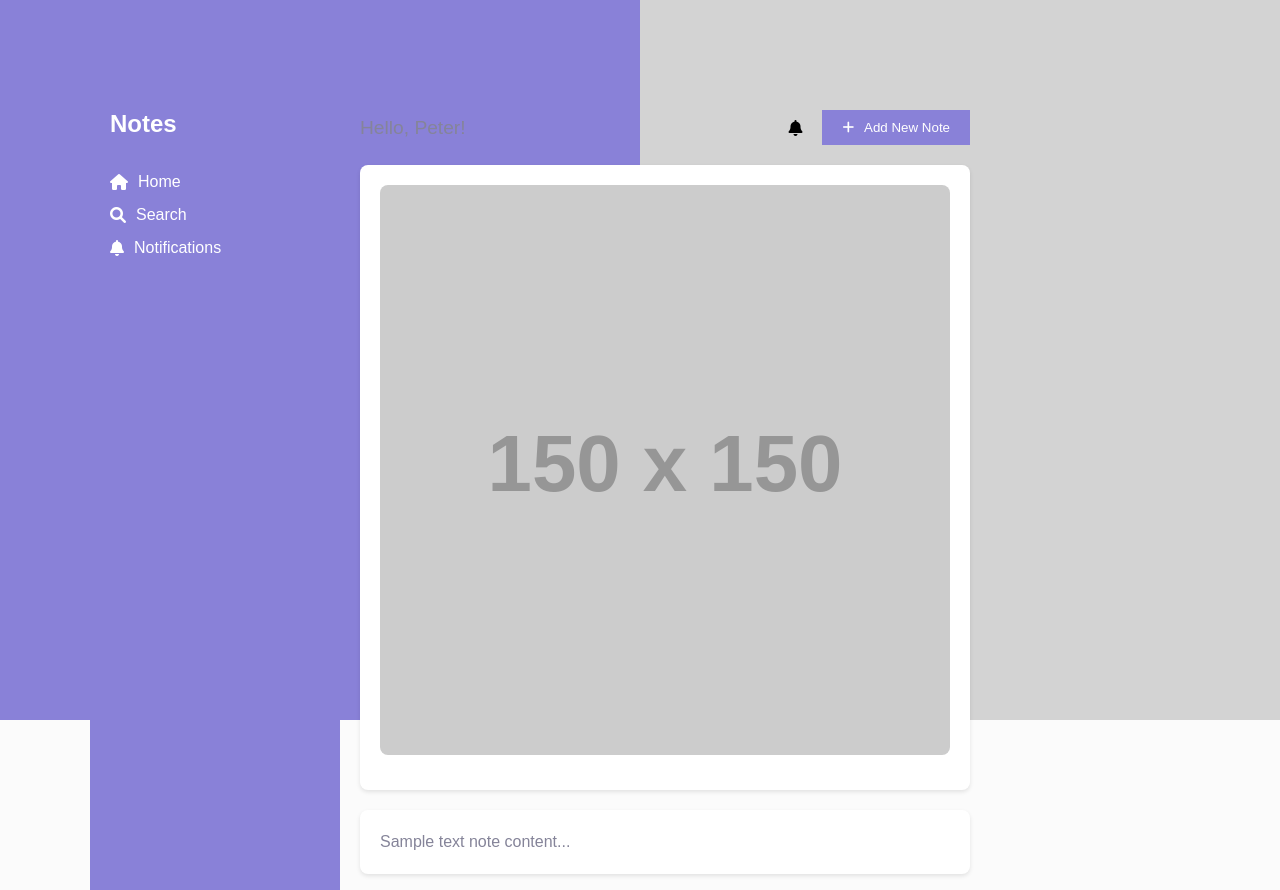
Repository: SatenikGabrielyan/HTML_CSS-_Assignment
Page: index.html
An editor plug-in stored every save of this project. The page is shown before and after a run of saves, followed by the edit.
The browser window is 1280 px wide. The pictures show the whole page.
An inner scrolling area shows only its first screen.

Above is the page before, as saved 2025-03-17 00:40:46.

### index.html
<!DOCTYPE html>
<html lang="en">
  <head>
    <meta charset="UTF-8" />
    <meta name="viewport" content="width=device-width, initial-scale=1.0" />
    <title>Notes App</title>
    <link rel="stylesheet" href="./style.css" />
    <!-- Include Font Awesome for icons -->
    <link href="https://cdnjs.cloudflare.com/ajax/libs/font-awesome/6.0.0-beta3/css/all.min.css" rel="stylesheet"/>
  </head>
  <body>

      <div class="cont">
          <div class="purp"></div>
          <div class="whit"></div>
      </div>
    <div class="container">

      <nav class="sidebar">
        <div class="sidebar-header">
          <h2>Notes</h2>
        </div>
        <ul class="sidebar-list">
          <li><i class="fas fa-home"></i> Home</li>
          <li><i class="fas fa-search"></i> Search</li>
          <li><i class="fas fa-bell"></i> Notifications</li>
        </ul>
      </nav>

      <main class="main-content">
        <header>
          <div class="header-left">
            <p>Hello, Peter!</p>
          </div>
          <div class="header-right">
            <i class="fas fa-bell"></i>
            <button class="add-note-btn">
              <i class="fas fa-plus"></i> Add New Note
            </button>
          </div>
        </header>
        <section class="notes-grid">

          <div class="note-item image-note">
            <img src="https://via.placeholder.com/150" alt="Note Image" />
          </div>

          <div class="note-item text-note">
            <p>Sample text note content...</p>
          </div>

          <div class="note-item mixed-note">
            <img src="https://via.placeholder.com/150" alt="Note Image" />
            <p>Sample mixed note content...</p>
          </div>
        </section>
      </main>
    </div>

  </body>
</html>

### style.css
/* CSS Variables for Colors */
:root {
    --bg-color: #fbfbfb;
    --primary-color: #8981d8;
    --secondary-color: #d0d0d0;
    --text-color: #858499;
    --highlight-color: #7f77cc;
    --hover-color: rgba(137, 129, 216, 0.5);
  }

  /* General Reset */
  * {
    margin: 0;
    padding: 0;
    box-sizing: border-box;
  }

  body {
    font-family: Arial, sans-serif;
    background-color: var(--bg-color);
    display: flex;
    height: 100vh;
  }
  .wrapper{
    position: relative;
  }
  .cont{
      display: flex;
      width: 100%;
      position: relative;
      z-index: -1;
      border-radius: 10px;
  }
.purp {
    width: 50%;
    background-color: var(--primary-color);
    flex-direction: row;
}
.whit {
    width: 50%;
    background-color: lightgray;
    flex-direction: row;
}
  .container {
    display: flex;
    width: 900px;
    height: 800px;
    /* padding: 100px; */
    /* margin: 100px; */
    box-shadow: 10px rgb(128, 121, 121);
    margin-left: 90px;
    margin-top: 90px;
    background: center;
    position: absolute;
    z-index: 2;
    border-radius: 30px;
  }

  /* Sidebar Styling */
  .sidebar {
    width: 250px;
    background-color: var(--primary-color);
    color: #fff;
    display: flex;
    flex-direction: column;
    padding: 20px;
  }

  .sidebar-header h2 {
    margin-bottom: 20px;
  }

  .sidebar-list {
    list-style: none;
  }

  .sidebar-list li {
    margin: 15px 0;
    display: flex;
    align-items: center;
    cursor: pointer;
  }

  .sidebar-list li i {
    margin-right: 10px;
  }

  /* Main Content Styling */
  .main-content {
    flex-grow: 1;
    padding: 20px;
    overflow-y: auto;
  }

  header {
    display: flex;
    justify-content: space-between;
    align-items: center;
    margin-bottom: 20px;
  }

  .header-left p {
    font-size: 1.2em;
    color: var(--text-color);
  }

  .header-right {
    display: flex;
    align-items: center;
  }

  .header-right i {
    margin-right: 20px;
    cursor: pointer;
  }

  .add-note-btn {
    background-color: var(--primary-color);
    color: #fff;
    border: none;
    padding: 10px 20px;
    cursor: pointer;
    display: flex;
    align-items: center;
  }

  .add-note-btn i {
    margin-right: 10px;
  }

  /* Notes Grid Styling */
  .notes-grid {
    display: grid;
    grid-template-columns: repeat(auto-fill, minmax(300px, 1fr));
    gap: 20px;
  }

  .note-item {
    background-color: #fff;
    border-radius: 8px;
    box-shadow: 0 2px 4px rgba(0, 0, 0, 0.1);
    overflow: hidden;
    display: flex;
    flex-direction: column;
    padding: 20px;
  }

  .note-item img {
    width: 100%;
    height: auto;
    border-radius: 8px;
    margin-bottom: 15px;
  }

  .note-item p {
    color: var(--text-color);
    font-size: 1em;
    line-height: 1.5;
  }

  /* Hover Effect for Filter Buttons */
  .sidebar-list li:hover {
    background-color: var(--highlight-color);
    transition: background-color 0.3s ease;
  }

  /* Mobile Responsiveness */
  @media (max-width: 768px) {
    .container {
      flex-direction: column;
    }

    .sidebar {
      width: 100%;
      flex-direction: row;
      justify-content: space-around;
      padding: 10px;
    }

    .sidebar-list {
      display: flex;
      flex-direction: row;
      gap: 15px;
    }

    .sidebar-list li {
      margin: 0;
    }

    .main-content {
      padding: 10px;
    }

    header {
      flex-direction: column;
      align-items: flex-start;
    }

    .header-right {
      margin-top: 10px;
    }

    .notes-grid {
      grid-template-columns: 1fr;
    }

    .note-item {
      padding: 10px;
    }

    .note-item img {
      margin-bottom: 10px;
    }
  }

After the next 2 saves:
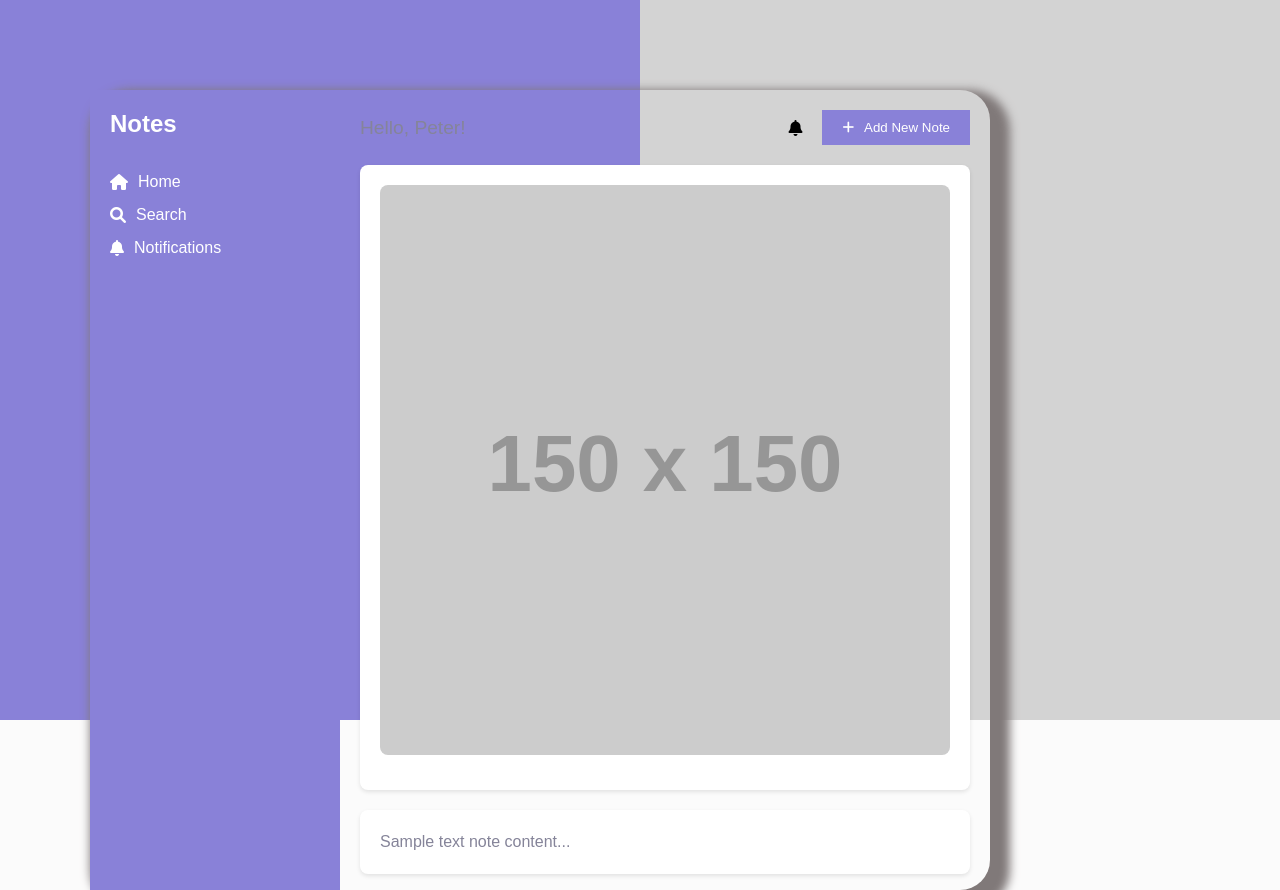
The 2 saves are shown as one change because they came seconds apart.
The last was saved 14 s later.
--- a/style.css
+++ b/style.css
@@ -47,7 +47,7 @@
     height: 800px;
     /* padding: 100px; */
     /* margin: 100px; */
-    box-shadow: 10px rgb(128, 121, 121);
+    box-shadow: 10px 10px 10px 10px rgb(128, 121, 121);
     margin-left: 90px;
     margin-top: 90px;
     background: center;
